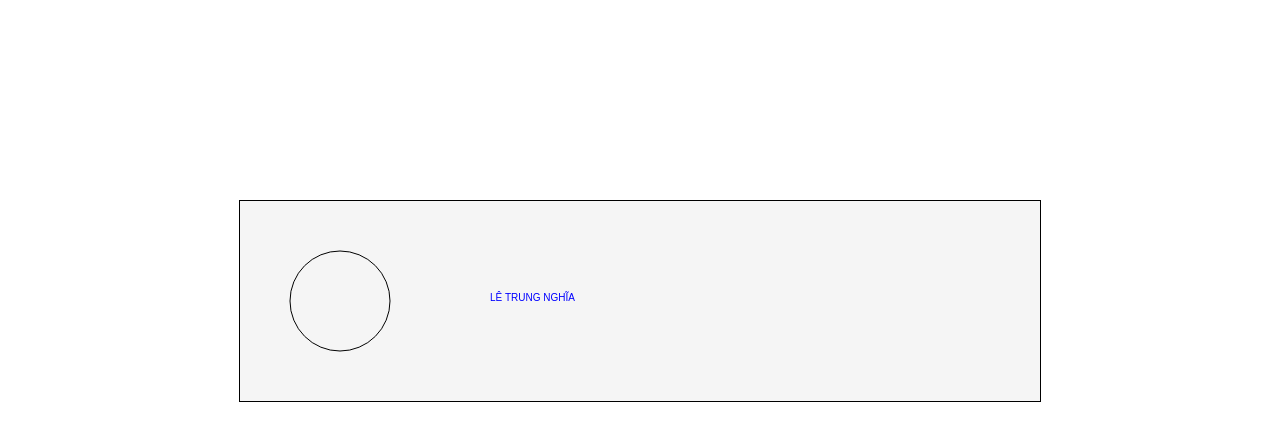
Repository: Nghia19/WEB20022-_00
Page: HTML5_CSS3/bai-4.html
These files come from the project's save history. The page is drawn as it stood at one moment and after the next save; the edit follows.
The browser window is 1280 px wide. The pictures show the whole page.

Above is the page before, as saved 2021-06-26 13:40:31.

After the next save:
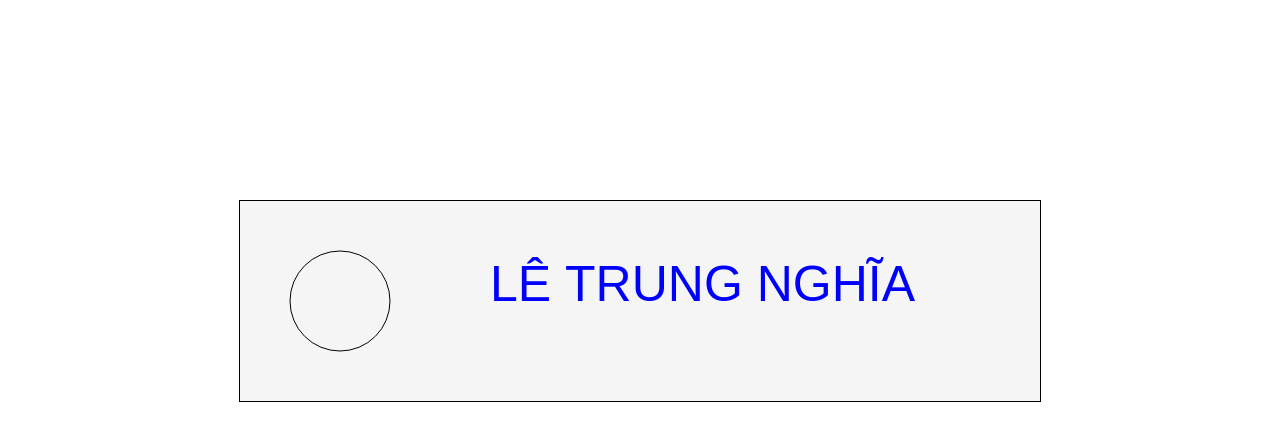
Saved 32 s later.
--- a/HTML5_CSS3/bai-4.html
+++ b/HTML5_CSS3/bai-4.html
@@ -24,7 +24,7 @@
     <script>
       const canvas = document.getElementById("arcexmaple");
       let ctx = canvas.getContext("2d");
-      ctx.font = "50px";
+      ctx.font = "50px Arial";
       ctx.fillStyle = "blue";
       ctx.fillText("LÊ TRUNG NGHĨA", 250, 100);
       ctx.beginPath();
